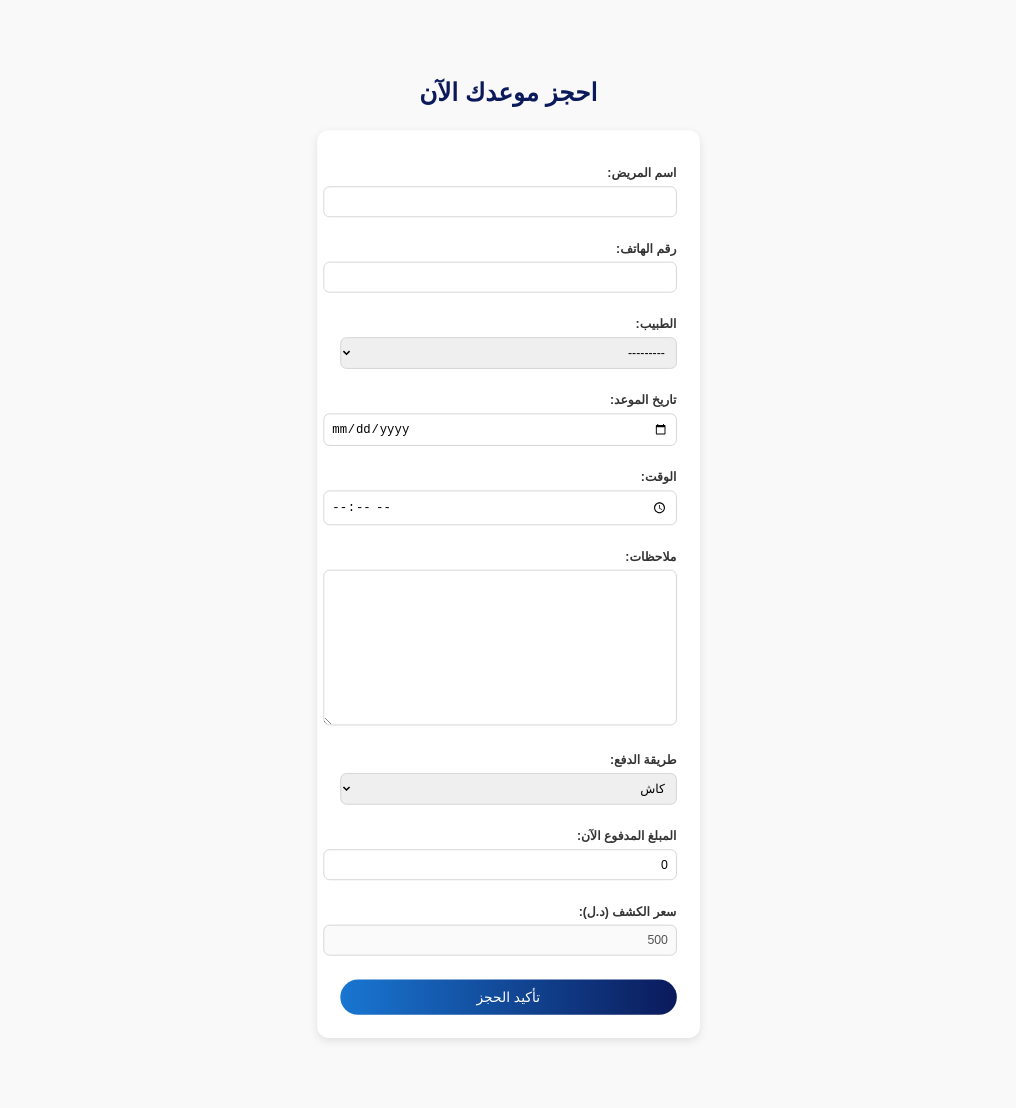
Repository: mysite4/s
Page: http://localhost/booking/
An editor plug-in stored every save of this project. The page is shown before and after the next save, followed by the edit.
The browser window is 1280 px wide. The page is 1320 px wide, so the pictures cover 1320 px, including what lies to the right of the window. The pictures show the whole page, at 77% of full size.
Some web fonts or font styles are not loaded; a fallback is used. The page is served by the project's application, run on Django 5.2 (manage.py). Queries for data that is not in the repository find no rows.

Above is the page before, as saved 2025-11-26 23:08:11.

After the next save:
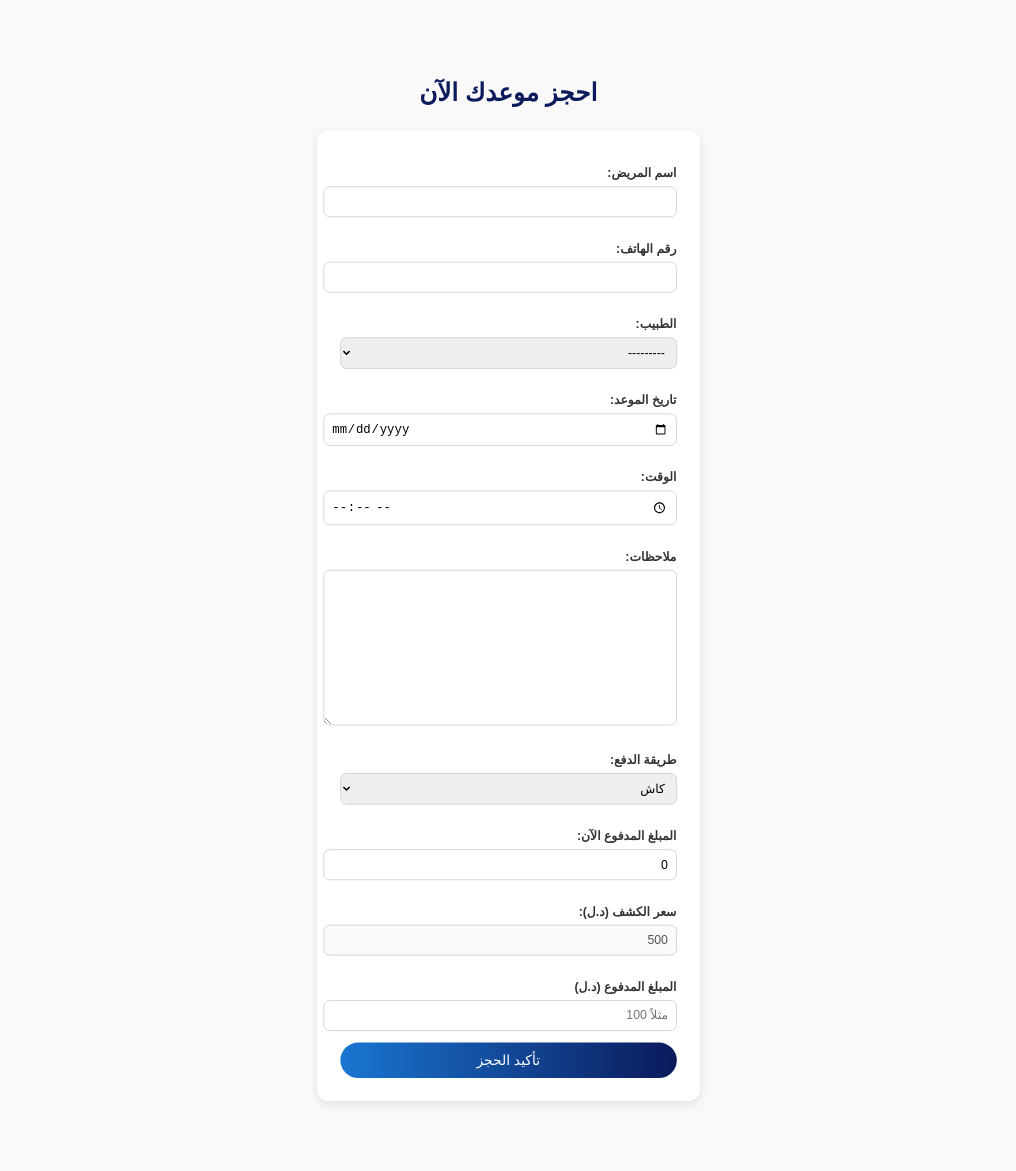
Saved 83 s later.
--- a/main/templates/booking.html
+++ b/main/templates/booking.html
@@ -62,7 +62,13 @@
   <h1>احجز موعدك الآن</h1>
   <form method="POST">
     {% csrf_token %}
+
     {{ form.as_p }}
+
+    <!-- حقل الدفع -->
+    <label for="paid_amount">المبلغ المدفوع (د.ل)</label>
+    <input type="number" step="0.01" name="paid_amount" id="paid_amount" placeholder="مثلاً 100" required>
+
     <button type="submit">تأكيد الحجز</button>
   </form>
 
